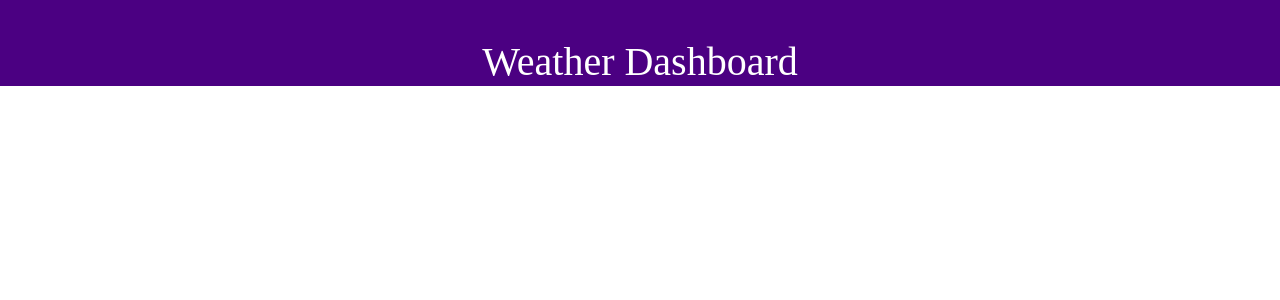
Repository: Llenrocc/Weather_API
Page: index.html
The author's editor kept a copy of each file at every save. The page is drawn from the files as they stood at one save, then again after the next save.
The browser window is 1280 px wide. The pictures show the whole page.
Some web fonts or font styles are not loaded; a fallback is used.

Above is the page before, as saved 2020-07-17 21:56:22.

After the next save:
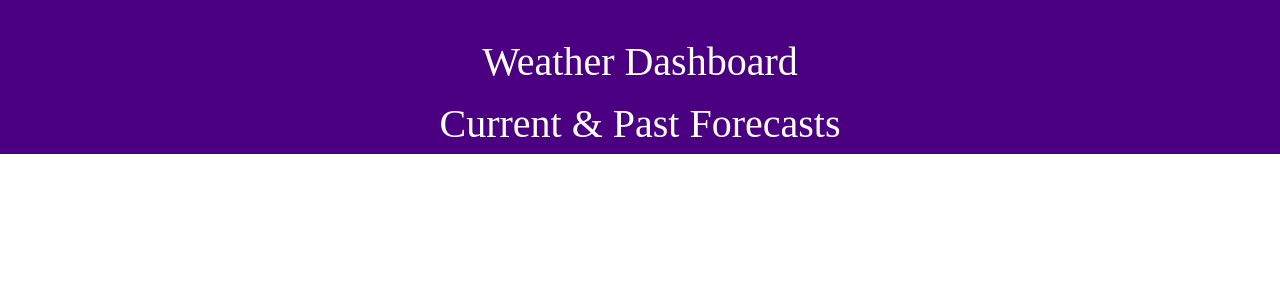
Saved 109 s later.
--- a/index.html
+++ b/index.html
@@ -11,6 +11,7 @@
 <body>
     <div class = "header">
         <h1>Weather Dashboard</h1>
+        <p>Current & Past Forecasts</p>
     </div>
 
 
